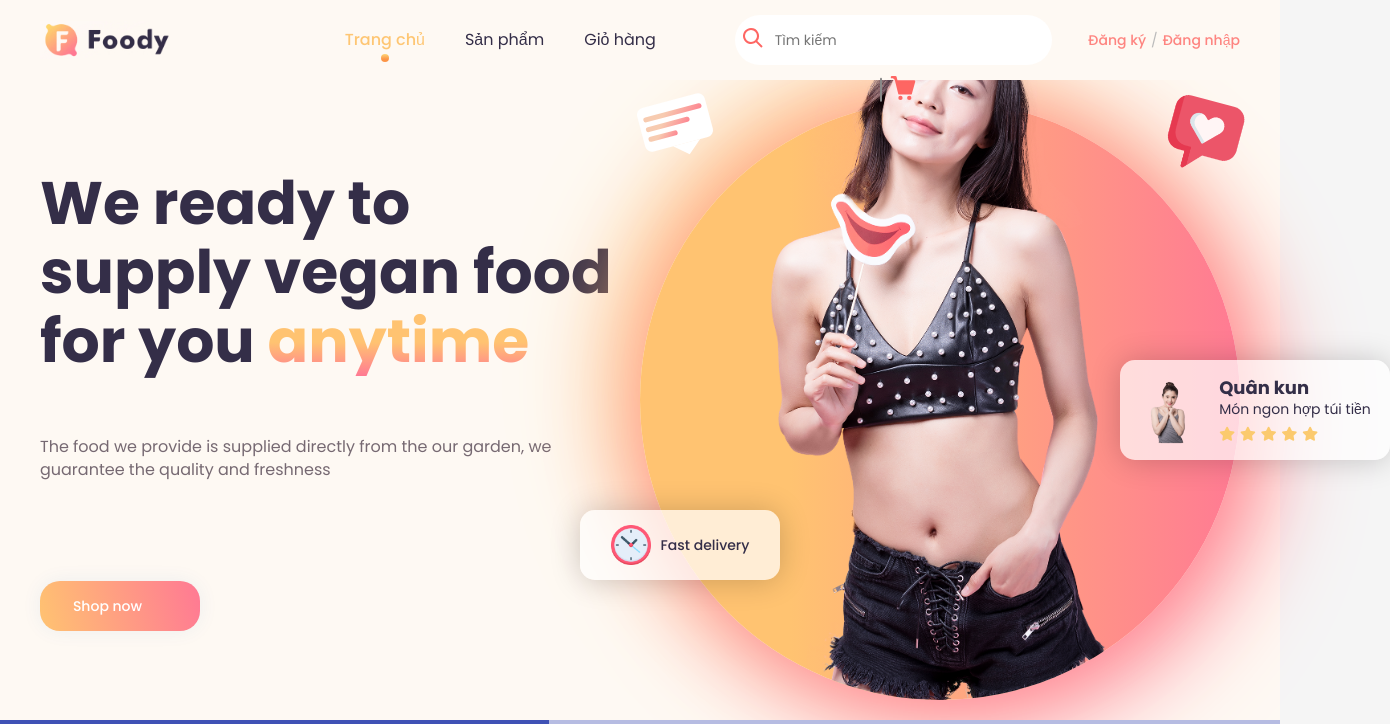
Repository: phamvuhung2710/react-ecommerce
Page: /
The author's editor kept a copy of each file at every save. The page is drawn from the files as they stood at one save, then again after the next save.
The browser window is 1280 px wide. The page is 1390 px wide, so the pictures cover 1390 px, including what lies to the right of the window. The pictures show the whole page.
The page's requests for data from a server got no answer. Some web libraries are served in a nearby version. The project was rebuilt for these pictures with package versions that can differ from the ones it lists, and the page was loaded fresh each time. No one was signed in, and anything a server would have sent is missing. Also part of the build but not shown: src/guard/AuthenticatedGuard.jsx, src/guard/UnauthenticatedGuard.jsx, src/layouts/CartLayout/CartLayout.jsx, src/layouts/RegisterLayout/RegisterLayout.jsx.

Above is the page before, as saved 2021-09-07 18:57:41.

After the next save:
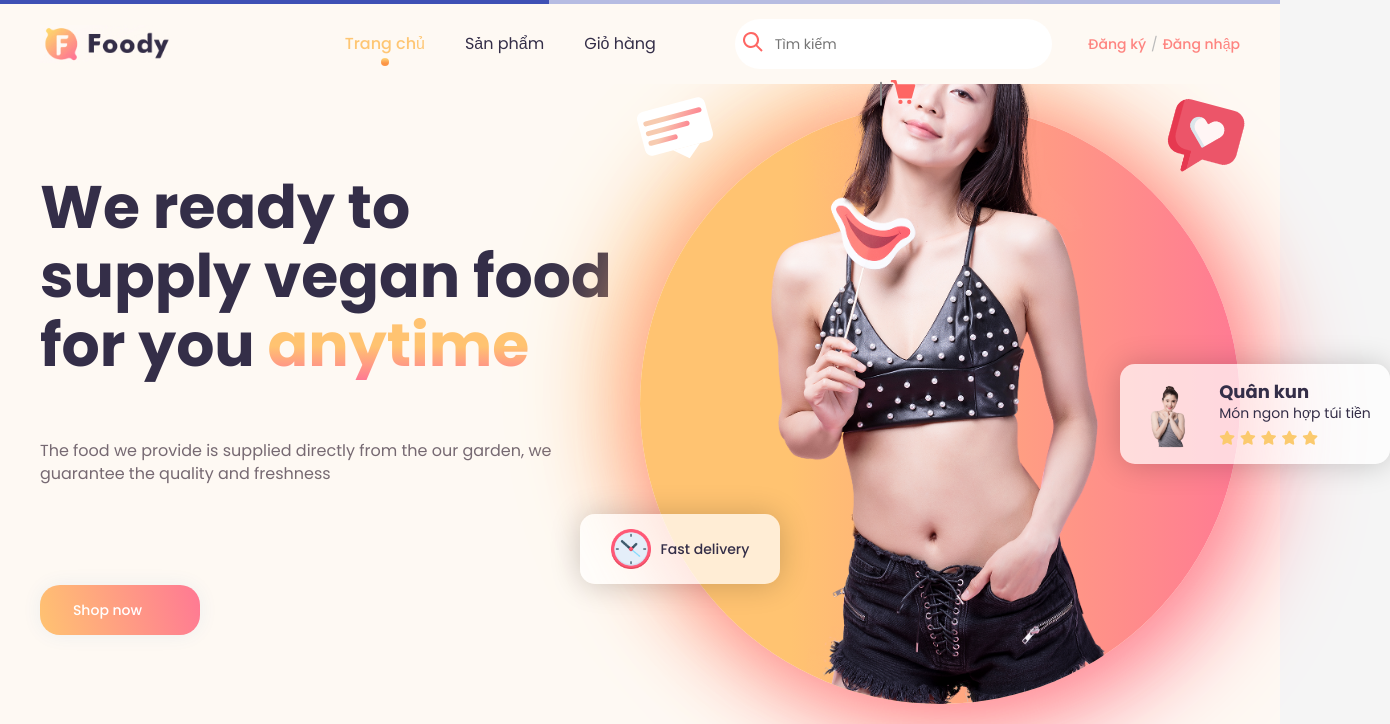
Saved 47 s later.
--- a/src/App.js
+++ b/src/App.js
@@ -11,9 +11,10 @@ import { LinearProgress } from '@material-ui/core'
 function App() {
   return (
     <div className="App">
-      <Routes />
       <Fallback />
       <LinearProgress />
+      <Routes />
+
       <ToastContainer />
       <Authorization />
     </div>
